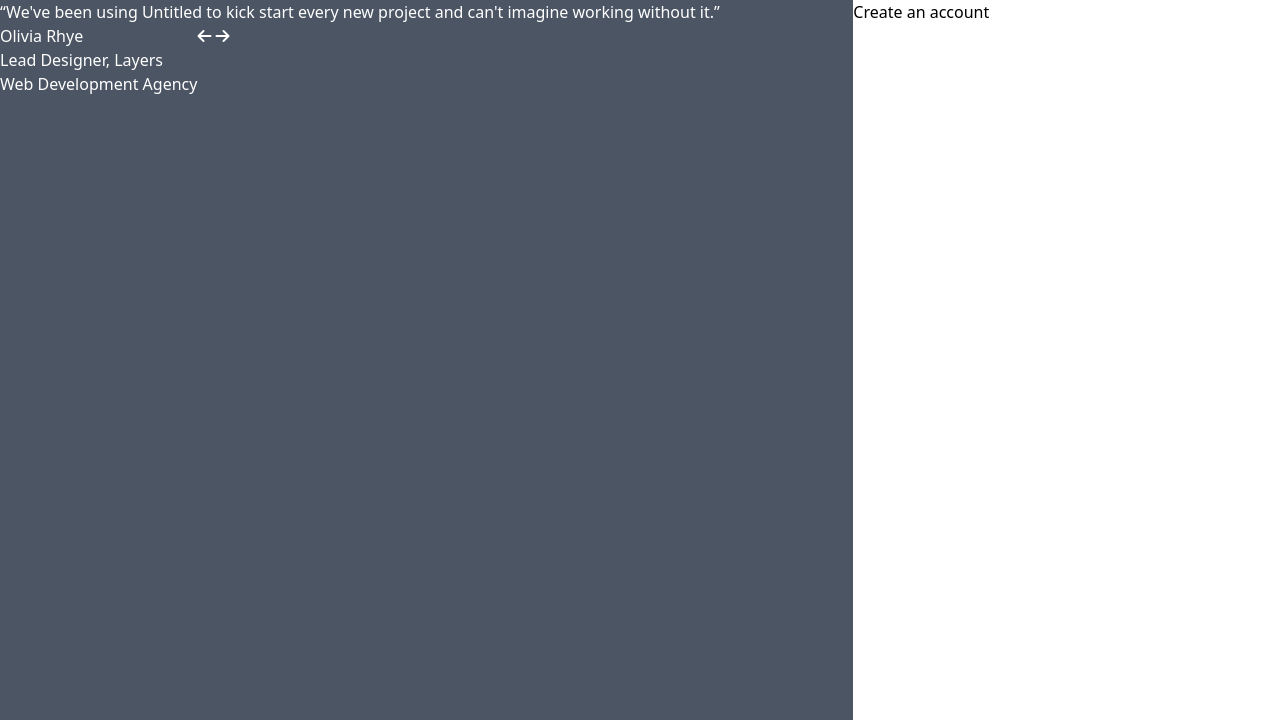
Repository: debthebuilder/youtube-html-contact-form-tailwindcss
Page: contact.html
These files come from the project's save history. The page is drawn as it stood at one moment and after a run of saves; the edit follows.
The browser window is 1280 px wide. The pictures show the whole page.
Some web libraries are served in a nearby version.

Above is the page before, as saved 2022-08-03 05:31:12.

After the next 5 saves:
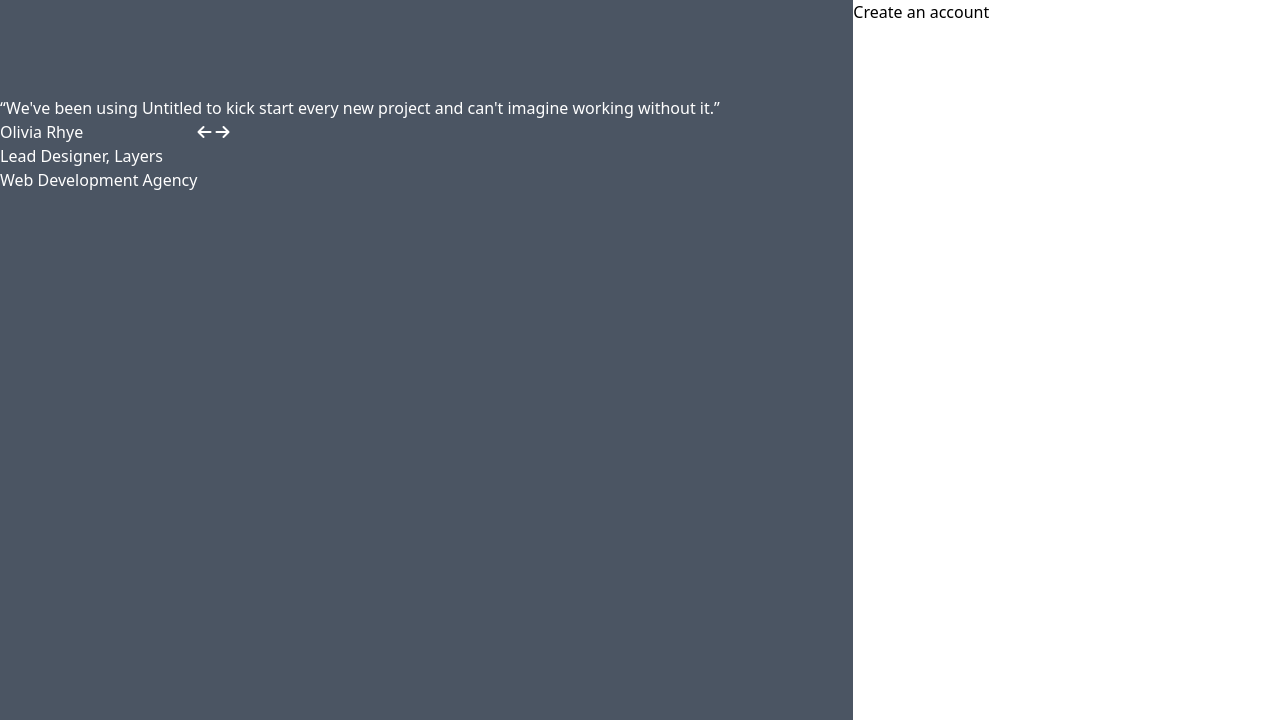
The 5 saves are shown as one change because they came seconds apart.
The last was saved 18 s later.
--- a/contact.html
+++ b/contact.html
@@ -13,7 +13,7 @@
         <!--Background Image with Overlay text-->
         <div class="w-4/6 bg-gray-600 text-white">
             <a href="#">
-                <div></div>
+                <div class="w-24 h-24 bor"></div>
             </a>
             <q>We've been using Untitled to kick start every new project and can't imagine working without it.</q>
             <div class="flex">
